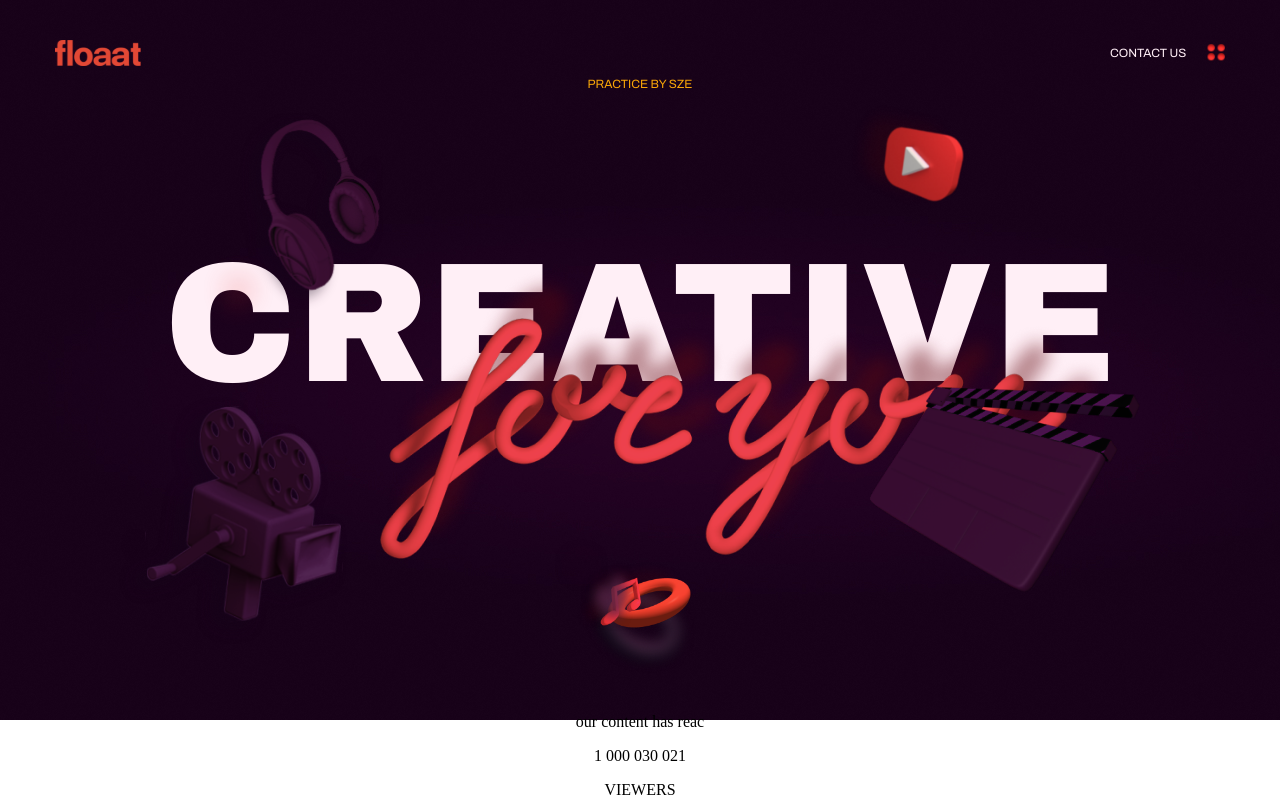
Repository: skydevil1604/next-page-no-adaptive
Page: app/index.html
An editor plug-in stored every save of this project. The page is shown before and after the next save, followed by the edit.
The browser window is 1280 px wide. The pictures show the whole page.
Some web libraries are served in a nearby version. The style sheet was rebuilt from its Sass, Less or Tailwind sources for each picture, by a compiler version that may differ from the author's.

Above is the page before, as saved 2020-01-03 03:59:41.

After the next save:
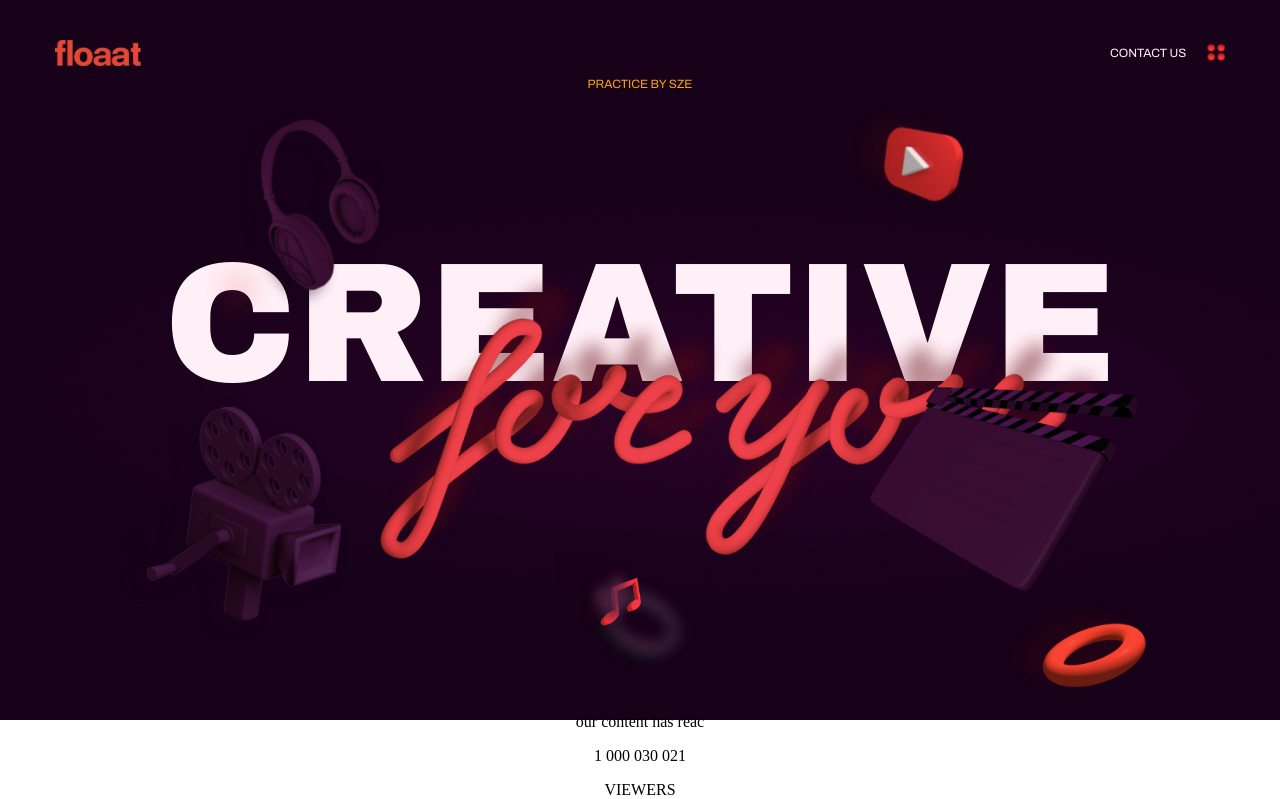
Saved 3 min 43 s later.
--- a/app/sass/main.scss
+++ b/app/sass/main.scss
@@ -188,8 +188,10 @@
     }
     &__torus-image {
         position: absolute;
-        width: 120px;
-        height: 78px;
+        width: 150px;
+        height: 100px;
+        right: 75px;
+        top: 520px;
     }
     &__note-image {
         position: absolute;
